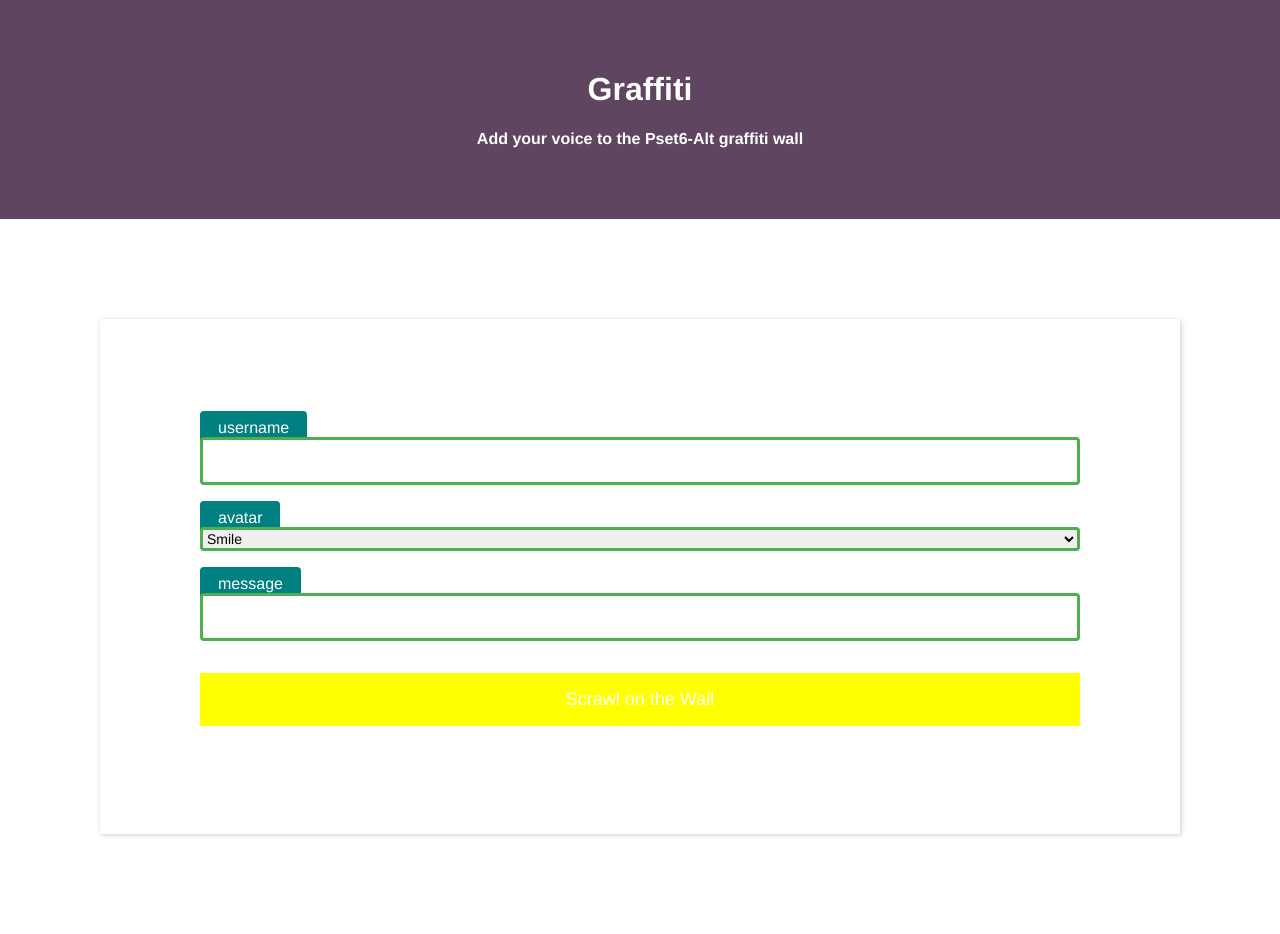
Repository: egniebauer/cs50x-LaunchCode
Page: pset-graffitiwall/graffiti.html
The author's editor kept a record of every edit. The page is drawn from the files as they stood at one moment, then again after the next edit.
The browser window is 1280 px wide. The pictures show the whole page.
Some web libraries are served in a nearby version.

Above is the page before.

### pset-graffitiwall/graffiti.html
<!DOCTYPE html>
<html>
<head>
    <title>Graffiti</title>
    <link rel="stylesheet" type="text/css" href="styles.css" />
</head>
<body>
    <div class="heading">
        <h1>Graffiti</h1>
        <h4>Add your voice to the Pset6-Alt graffiti wall</h4>
    </div>

    <div class="card">

        <!-- Don't change the id. Our JS script below is looking for "slackForm". -->
        <form id="slackForm" action="https://hooks.slack.com/services/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" method="POST">

            <!-- TODO: add the necessary fields, action, submit button, etc -->
            <label for="username">username</label><br />
            <input type="text" name="username"/><br />

            <label for="avatar">avatar</label><br />
            <select name="icon_emoji">
                <option value=":smile:">Smile</option>
                <option value=":muscle:">Muscle</option>
                <option value=":eyes:">Eyes</option>
                <option value=":baby_chick:">Baby Chick</option>
                <option value=":sushi:">Sushi</option>
                <option value=":moyai:">Moyai</option>
            </select><br />

            <label for="message">message</label><br />
            <input type="text" name="text"/><br />

            <input type="submit" value="Scrawl on the Wall">

        </form>
    </div>

    <!-- here we include some javascript: first a few libraries... -->
    <script src="https://ajax.googleapis.com/ajax/libs/jquery/1.8.3/jquery.min.js"></script>
    <script src="http://code.jquery.com/ui/1.9.2/jquery-ui.js"></script>

    <!-- ...and then our own script -->
    <script type="text/javascript">

        // first get a reference to the form
        var slackForm = document.getElementById("slackForm");

        // right before the form submits, execute the function called populatePayloadField
        slackForm.onsubmit = populatePayloadField;

        function populatePayloadField() {
            // convert form fields into a JSON string
            var formData = getFormData();
            delete formData.payload;
            jsonString = JSON.stringify(formData);

            // create a new hidden input and add it to the form
            var payloadInput = document.createElement("input");
            payloadInput.setAttribute("type", "hidden");
            payloadInput.setAttribute("name", "payload");
            payloadInput.setAttribute("value", jsonString);
            console.log(payloadInput);
            slackForm.appendChild(payloadInput);
            console.log(slackForm);
        }

        // a helper function to return a javascript object containing all the form's fields
        function getFormData() {
            var object = {};
            var fields = $("#slackForm").serializeArray();
            for (var i = 0; i < fields.length; i++) {
                var field = fields[i];
                object[field.name] = field.value;
            }
            return object;
        }
    </script>

</body>
</html>

### pset-graffitiwall/styles.css
body {
    margin: 0;
    font-size: 16px;
    font-family: helvetica;
}

.card {
    margin: 100px;
    padding: 100px;
    box-shadow: 1px 1px 5px #ccc;
}

.heading {
    padding: 50px;
    color: white;
    background: #604560;
    text-align: center;
}

input[type=text] {
    border: 3px solid #4CAF50;
    border-radius: 4px;
    width: 100%;
    padding: 12px 20px;
    box-sizing: border-box;
    display: inline-block;
    margin-top: 0;
    margin-bottom: 24px;
    margin-right: 0;
    margin-left: 0;
    font-size: 16px;
    font-family: helvetica;
}

select {
    border: 3px solid #4CAF50;
    border-radius: 4px;
    width: 100%;
    margin: 8px 0;
    box-sizing: border-box;
    margin-top: 0;
    margin-bottom: 24px;
    margin-right: 0;
    margin-left: 0;
    font-size: 14px;
    font-family: helvetica;
}

input[type=submit] {
    background-color: yellow;
    border: none;
    color: white;
    padding: 16px 20px;
    text-decoration: none;
    margin: 8px 0;
    cursor: pointer;
    width: 100%;
    font-size: 18px;
    font-family: helvetica;
}

label {
    background-color: teal;
    border: none;
    color: white;
    padding: 8px 18px;
    border-radius: 4px;
    font-size: 16px;
    font-family: helvetica;
}

After the next edit:
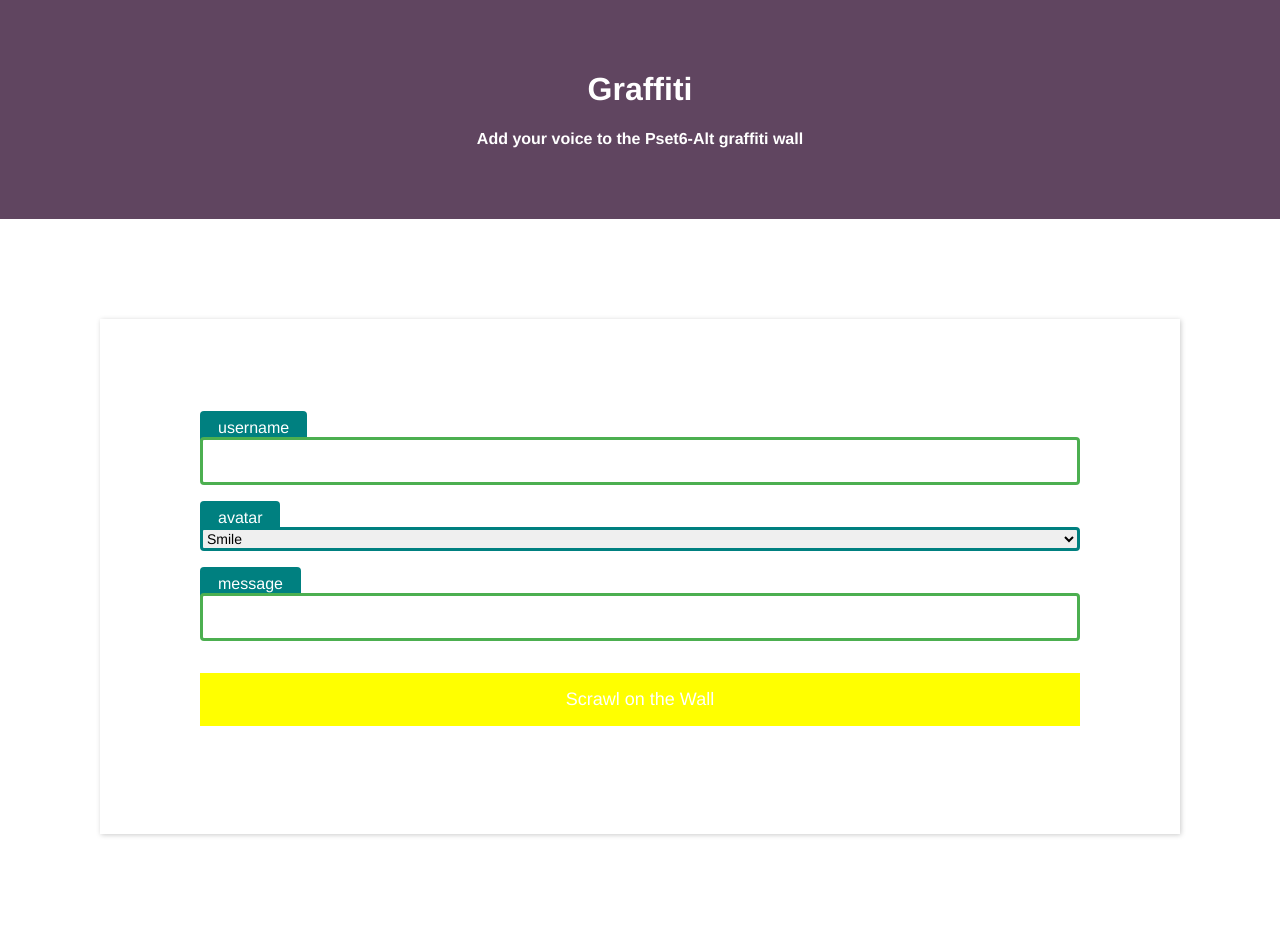
The edit:
--- a/pset-graffitiwall/styles.css
+++ b/pset-graffitiwall/styles.css
@@ -33,7 +33,7 @@
 }
 
 select {
-    border: 3px solid #4CAF50;
+    border: 3px solid teal;
     border-radius: 4px;
     width: 100%;
     margin: 8px 0;
